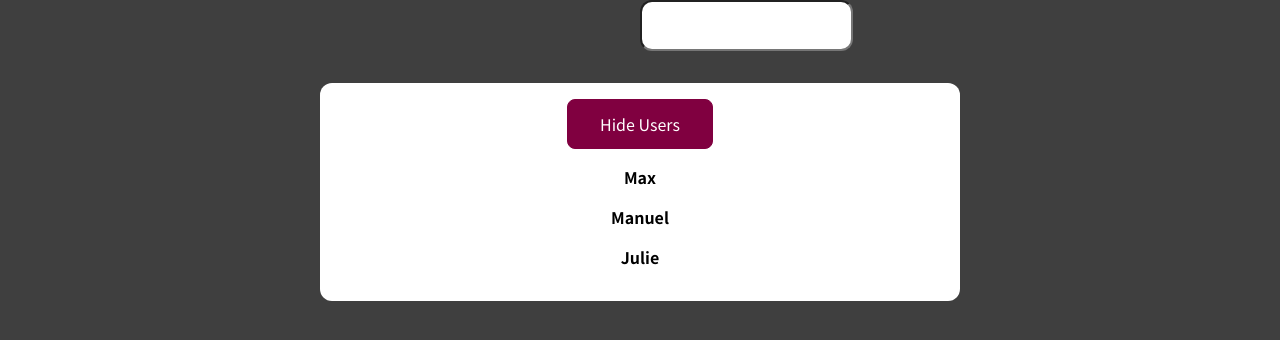
Repository: prathmeshgodbole/React-Class-Based
Page: /
The author's editor kept a copy of each file at every save. The page is drawn from the files as they stood at one save, then again after the next save.
The browser window is 1280 px wide. The pictures show the whole page.
The project was rebuilt for these pictures with package versions that can differ from the ones it lists, and the page was loaded fresh each time.

Above is the page before, as saved 2021-07-15 15:24:10.

### src/App.js
import UserFinder from './components/UserFinder';
// import Users from './components/Users';

function App() {
  return (
    <div>
    <UserFinder/>
    </div>
  );
}

export default App;

### src/components/UserFinder.js
import { Fragment, useState, useEffect } from 'react';
import classes from './UserFinder.module.css'
import Users from './Users';

const DUMMY_USERS = [
  { id: "u1", name: "Max" },
  { id: "u2", name: "Manuel" },
  { id: "u3", name: "Julie" },
];

const UserFinder = () => {
  const [filteredUsers, setFilteredUsers] = useState(DUMMY_USERS);
  const [searchTerm, setSearchTerm] = useState('');

  useEffect(() => {
    setFilteredUsers(
      DUMMY_USERS.filter((user) => user.name.includes(searchTerm))
    );
  }, [searchTerm]);

  const searchChangeHandler = (event) => {
    setSearchTerm(event.target.value);
  };

  return (
    <Fragment >
      <input className={classes.finder} type='search' onChange={searchChangeHandler} />
      <Users users={filteredUsers} />
    </Fragment>
  );
};

export default UserFinder;

### src/components/UserFinder.module.css
.finder {
    margin-left: 40rem;
    /* margin: 2rem auto; */
    background-color: white;
    padding: 1rem;
    border-radius: 12px;
    max-width: 40rem;
    text-align: center;
}

### src/components/Users.js
import { Component } from "react";
import User from "./User";

import classes from "./Users.module.css";


class Users extends Component {
  constructor() {
    super();
    this.state = {
      showUsers: true,
    };
  }

  toggleUsersHandler() {
    this.setState((curState) => {
      return{
        showUsers:!curState.showUsers
      };
    });
  }

  render() {
    const usersList = (
    <ul>
      {this.props.users.map((user) => (
        <User key={user.id} name={user.name} />
      ))}
    </ul>
  );
    return (
      <div className={classes.users}>
        <button onClick={this.toggleUsersHandler.bind(this)}>
          {this.state.showUsers ? "Hide" : "Show"} Users
        </button>
        {this.state.showUsers && usersList}
      </div>
    );
  }
}

// const Users = () => {
//   const [showUsers, setShowUsers] = useState(true);

//   const toggleUsersHandler = () => {
//     setShowUsers((curState) => !curState);
//   };

  // const usersList = (
  //   <ul>
  //     {DUMMY_USERS.map((user) => (
  //       <User key={user.id} name={user.name} />
  //     ))}
  //   </ul>
  // );

  // return (
  //   <div className={classes.users}>
  //     <button onClick={toggleUsersHandler}>
  //       {showUsers ? 'Hide' : 'Show'} Users
  //     </button>
  //     {showUsers && usersList}
  //   </div>
  // );
// };

export default Users;

### src/components/User.js
import React,{Component} from 'react';
import classes from './User.module.css';


class User extends Component{
  render(){
    return <li className={classes.user}>{this.props.name}</li>;
  }
}

// const User = (props) => {
//   return <li className={classes.user}>{props.name}</li>;
// };

export default User;

Loaded but not shown: public/index.html (common file); src/index.js (common file); src/index.css (common file); src/components/Users.module.css (common file); src/components/User.module.css (common file)

After the next save:
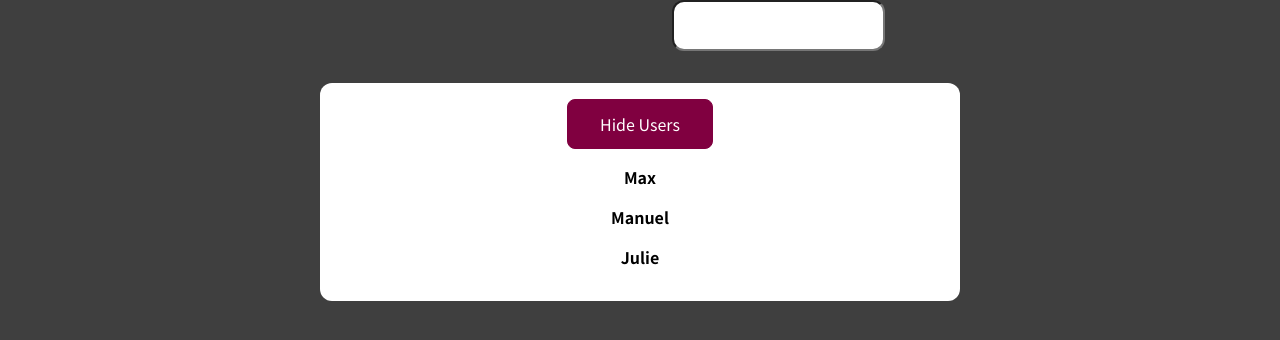
Saved 7 s later.
--- a/src/components/UserFinder.module.css
+++ b/src/components/UserFinder.module.css
@@ -1,5 +1,5 @@
 .finder {
-    margin-left: 40rem;
+    margin-left: 42rem;
     /* margin: 2rem auto; */
     background-color: white;
     padding: 1rem;
